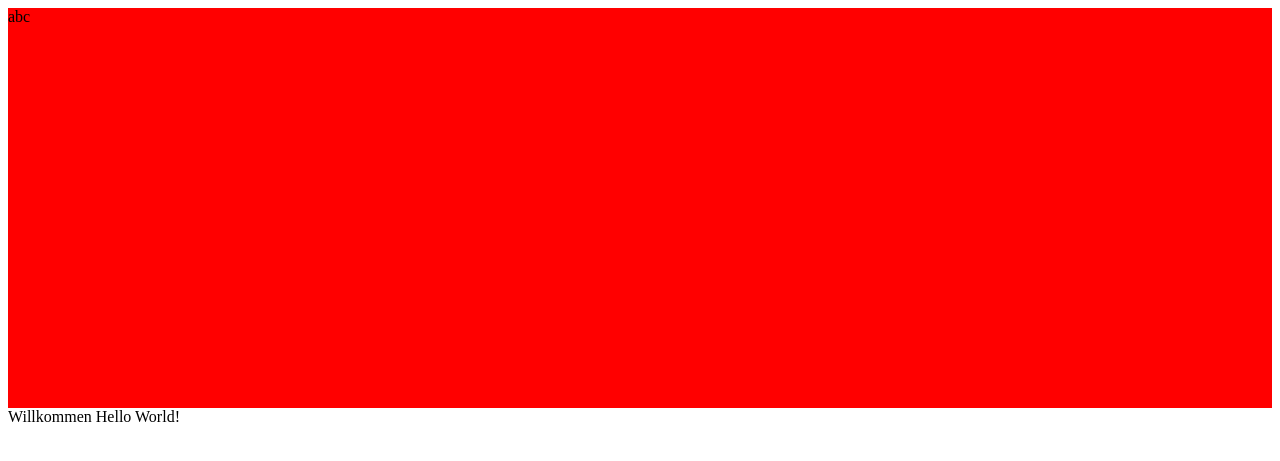
Repository: learoncero/SEProjektUebung
Page: http://localhost/HikingSoftware/
An editor plug-in stored every save of this project. The page is shown before and after the next save, followed by the edit.
The browser window is 1280 px wide. The pictures show the whole page.
The page is served by Tomcat 9.

Above is the page before, as saved 2023-10-17 08:59:34.

### HikingSoftware/src/main/webapp/index.jsp
<%@ page language="java" contentType="text/html; charset=ISO-8859-1"
    pageEncoding="ISO-8859-1"%>
<!DOCTYPE html>
<html>
<head>
<meta charset="ISO-8859-1">
<title>Insert title here</title>
</head>
<body>

<div style="background-color:red; width:100%; height:400px">abc</div>


	<% out.println("Willkommen Hello World!"); %>
</body>
</html>

After the next save:
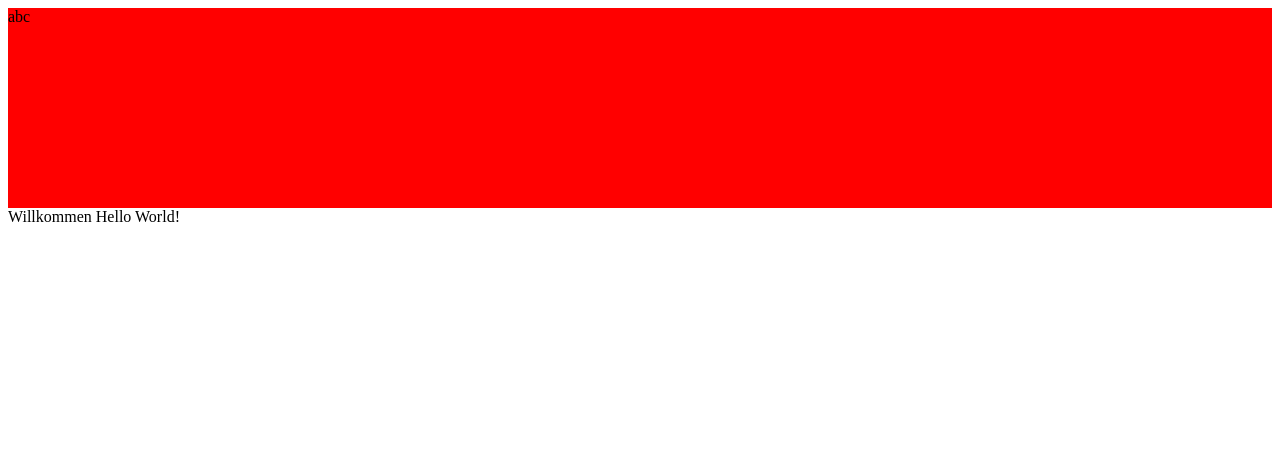
Saved 13 s later.
--- a/HikingSoftware/src/main/webapp/index.jsp
+++ b/HikingSoftware/src/main/webapp/index.jsp
@@ -8,7 +8,7 @@
 </head>
 <body>
 
-<div style="background-color:red; width:100%; height:400px">abc</div>
+<div style="background-color:red; width:100%; height:200px">abc</div>
 
 
 	<% out.println("Willkommen Hello World!"); %>
